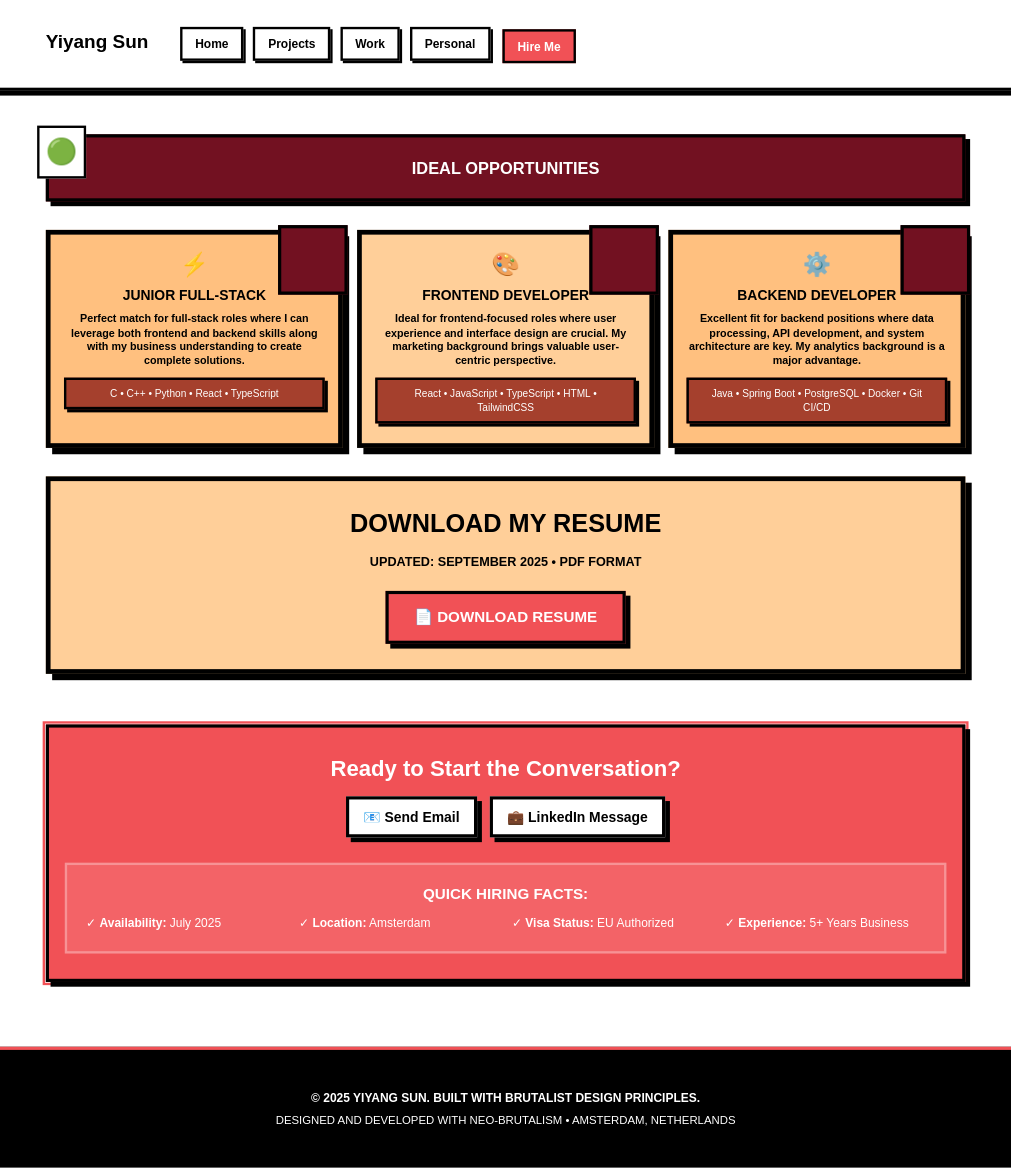
Repository: miloyiyangsun/yiyangsun.github.io
Page: .superdesign/design_iterations/yiyang_hireme_v2.html
The author's editor kept a copy of each file at every save. The page is drawn from the files as they stood at one save, then again after the next save.
The browser window is 1280 px wide. The pictures show the whole page, at 79% of full size.

Above is the page before, as saved 2025-09-03 17:44:33.

After the next save:
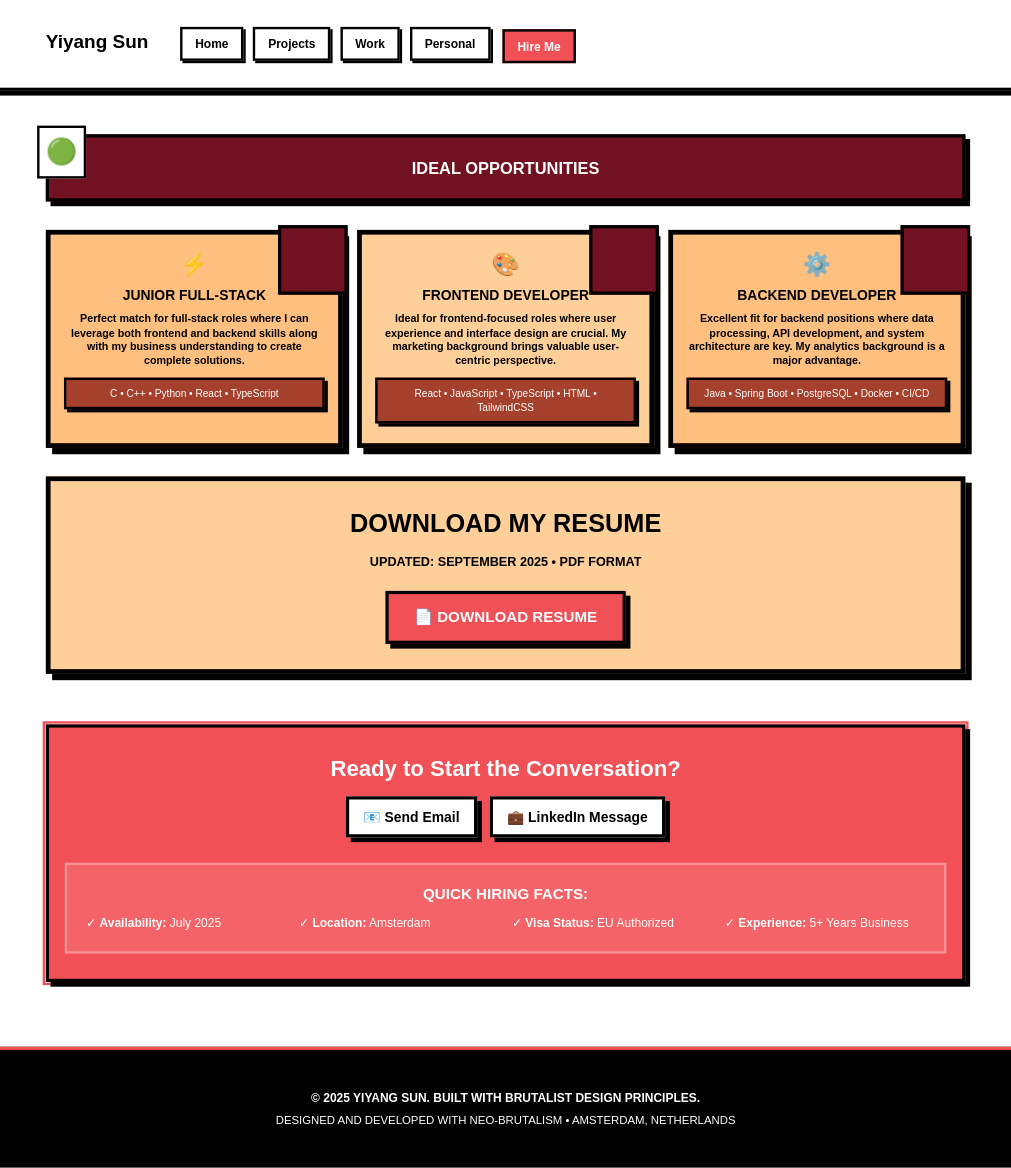
Saved 15 s later.
--- a/.superdesign/design_iterations/yiyang_hireme_v2.html
+++ b/.superdesign/design_iterations/yiyang_hireme_v2.html
@@ -432,7 +432,7 @@ Email Me Today
                         are key. My analytics background is a major advantage.
                     </div>
                     <div class="skills-match">
-                        Java • Spring Boot • PostgreSQL • Docker • Git CI/CD
+                        Java • Spring Boot • PostgreSQL • Docker • CI/CD
                     </div>
                 </div>
             </div>
